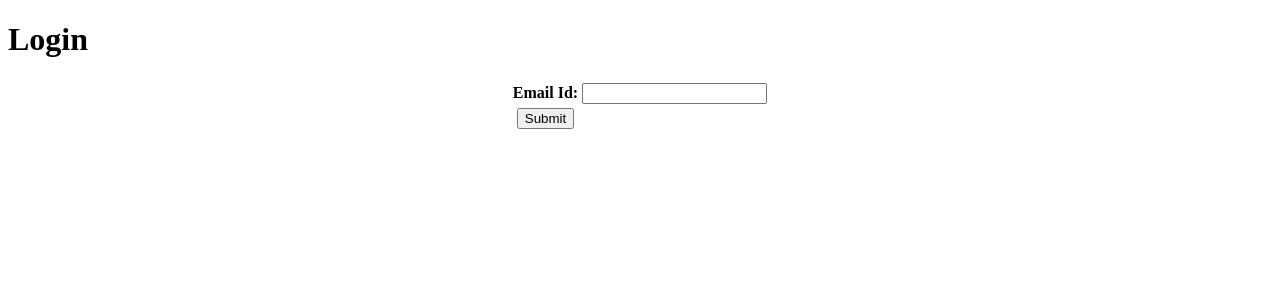
Repository: Sourabhmag/week-5
Page: http://localhost/LoginApp/forgotPassword.jsp
These files come from the project's save history. The page is drawn as it stood at one moment and after the next save; the edit follows.
The browser window is 1280 px wide. The pictures show the whole page.
The page is served by Tomcat 9.

Above is the page before, as saved 2019-11-08 05:57:32.

After the next save:
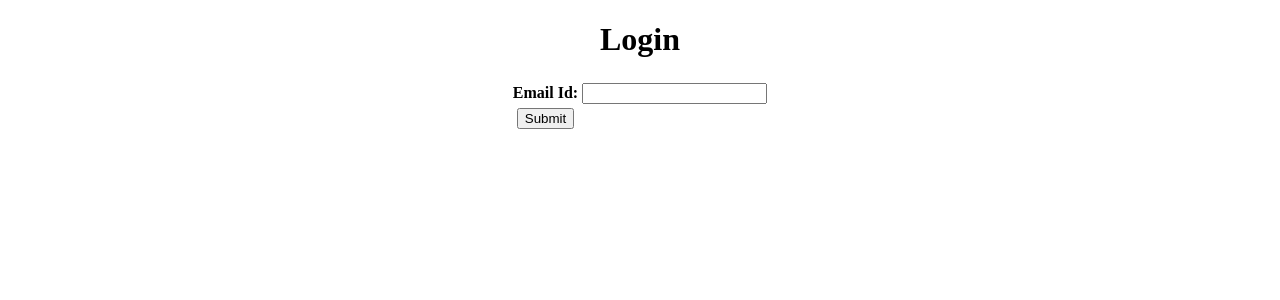
Saved 3 min 4 s later.
--- a/LoginApp/WebContent/forgotPassword.jsp
+++ b/LoginApp/WebContent/forgotPassword.jsp
@@ -3,6 +3,9 @@
 <!DOCTYPE html>
 <html>
 <head>
+<style type="text/css">
+	h1 {text-align:center;}
+</style>
 <meta charset="UTF-8">
 <title>Reset Password</title>
 </head>
